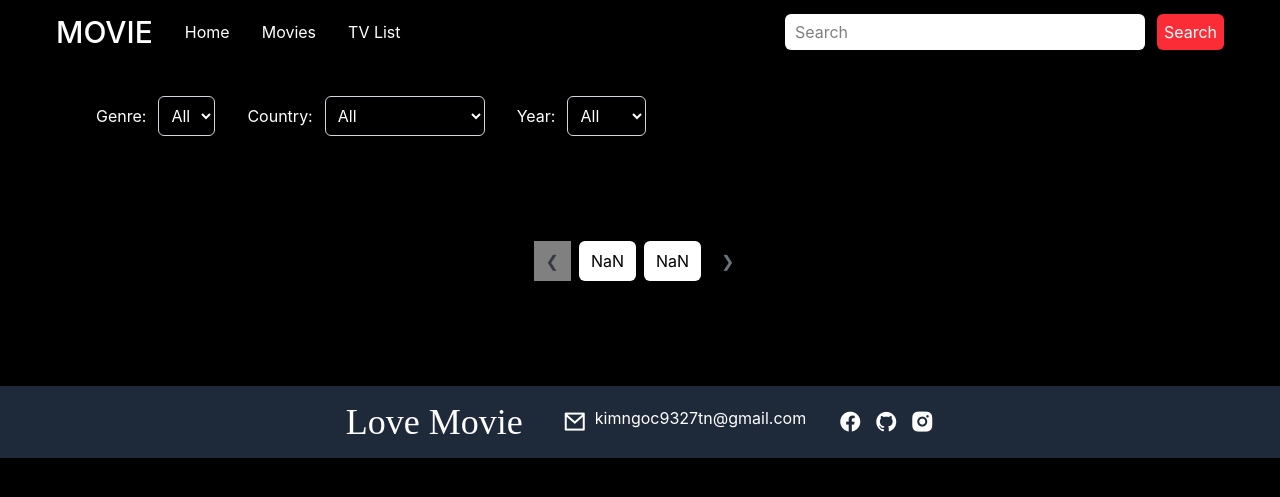
Repository: kimngoc9327/Love_Movie_Project
Page: /search
The author's editor kept a copy of each file at every save. The page is drawn from the files as they stood at one save, then again after the next save.
The browser window is 1280 px wide. The pictures show the whole page.
The page's requests for data from a server got no answer. The project was rebuilt for these pictures with package versions that can differ from the ones it lists, and the page was loaded fresh each time. No one was signed in, and anything a server would have sent is missing. Also part of the build but not shown: vite.config.js, src/components/ui/VoteAverage.jsx, src/components/ui/MovieCard.jsx, src/components/ui/MovieList.jsx, src/components/ui/Banner.jsx, src/pages/Home.jsx, src/pages/MovieCategory.jsx, src/components/ui/PlayTrailerButton.jsx and 6 more.

Above is the page before, as saved 2025-03-29 18:11:04.

After the next save:
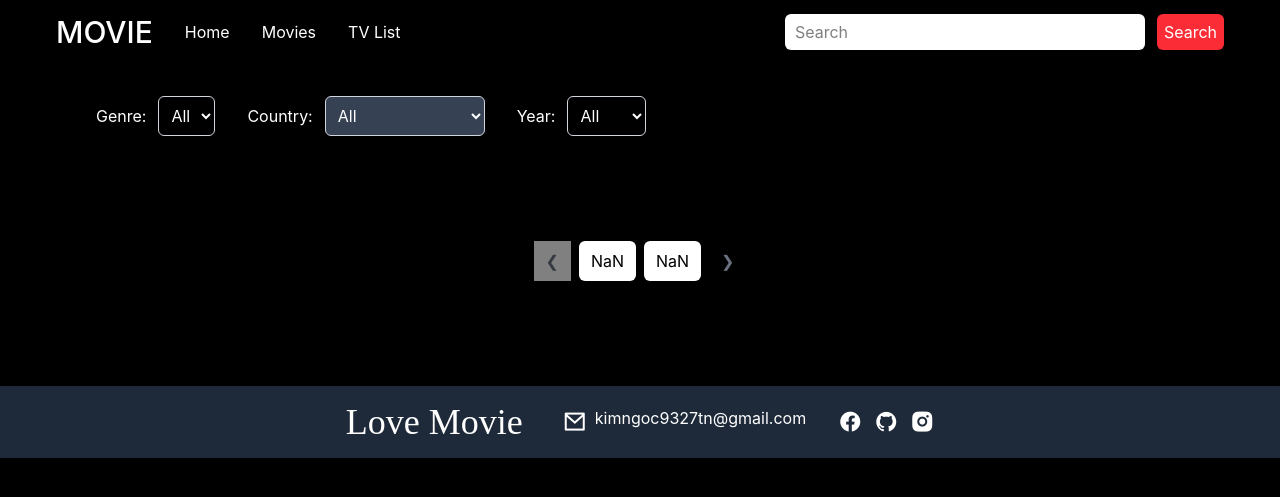
Saved 87 s later.
--- a/src/components/ui/MovieFilterBar.jsx
+++ b/src/components/ui/MovieFilterBar.jsx
@@ -84,11 +84,13 @@ function MovieFilterBar() {
         <select
           name=""
           id=""
-          className="border bg-black border-gray-300 rounded-md p-2"
+          className="border bg-gray-700 border-gray-300 rounded-md p-2"
         >
-          <option value="All">All</option>
+          <option className="bg-black" value="All">
+            All
+          </option>
           {countries.map((country, index) => (
-            <option key={index} value={country.iso_3166_1}>
+            <option className="bg-black" key={index} value={country.iso_3166_1}>
               {country.name}
             </option>
           ))}
